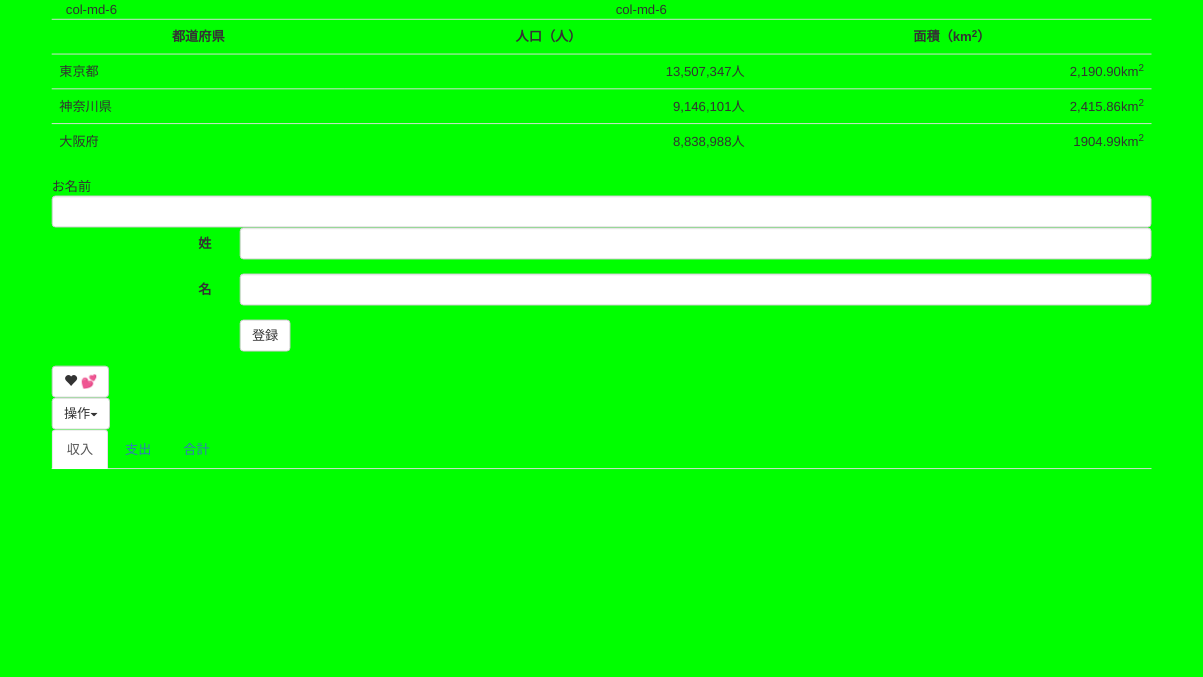
Repository: tooka0115/dab
Page: bootstrap_lesson.html
The author's editor kept a record of every edit. The page is drawn from the files as they stood at one moment, then again after the next edit.
The browser window is 1280 px wide. The pictures show the whole page, at 94% of full size.

Above is the page before.

### bootstrap_lesson.html
<!DOCTYPE html>
<html>
    <head>
        <meta charset="utf-8">
        <meta http-equiv="X-UA-Compatible" content="IE=edge">
        <meta name="viewport" content="width=device-width, initial-scale=1">

        <title>Grid System Test</title>

        <!-- Bootstrap CSS-->
        <link rel="stylesheet" href="https://maxcdn.bootstrapcdn.com/bootstrap/3.3.7/css/bootstrap.min.css">
        <!-- jQuery -->
        <script src="https://ajax.googleapis.com/ajax/libs/jquery/1.12.4/jquery.min.js"></script>
        <!-- Bootstrap JavaScript-->
        <script src="https://maxcdn.bootstrapcdn.com/bootstrap/3.3.7/js/bootstrap.min.js"></script>

        <style>
            .row.div{
                border: 1px solid #000;
                padding: 1em;
                text-align:center;
                background-color: #dedede;
            }

                    body {
          background-color: #000;
        }


        @media (min-width: 500px){
            body{background-color: #f00;
            }
        }

        @media(min-width:750px){
            body{background-color: #0f0;
            }
        }

        @media(min-width:1000px{
            body{background-color: #00f;
            }
        }



        </style>

    </head>

    <body>

        <div class="container">
            <div class="row">
                <div class="col-md-6">col-md-6</div>
                <div class="col-md-6">col-md-6</div>



<table class="table">
    <tr>
        <th class="text-center">都道府県</th>
        <th class="text-center">人口（人）</th>
        <th class="text-center">面積（km<sup>2</sup>）</th>
    </tr>
    <tr>
        <td>東京都</td>
        <td class="text-right">13,507,347人</td>
        <td class="text-right">2,190.90km<sup>2</sup></td>
    </tr>
    <tr>
        <td>神奈川県</td>
        <td class="text-right">9,146,101人</td>
        <td class="text-right">2,415.86km<sup>2</sup></td>
    </tr>
    <tr>
        <td>大阪府</td>
        <td class="text-right">8,838,988人</td>
        <td class="text-right">1904.99km<sup>2</sup></td>
    </tr>
</table>

<form>
    お名前
    <input type="text" class="form-control">
</form>

<form class="form-horizontal">
  <!-- form-groupが1行（row）を表す -->
  <div class="form-group">
    <label class="col-xs-2 control-label">姓</label>
    <div class="col-xs-10">
      <input type="text" class="form-control" name="lastname">
    </div>
  </div>

  <!-- 1行 -->
  <div class="form-group">
    <label class="col-xs-2 control-label">名</label>
    <div class="col-xs-10">
      <input type="text" class="form-control" name="
      firstname">
    </div>
  </div>

  <!-- 1行 -->
  <div class="form-group">
    <div class="col-xs-offset-2 col-sm-10">
      <button type="submit" class="btn btn-default">登録</button>
    </div>
  </div>
</form>


<button type="button" class="btn btn-default">
  <span class="glyphicon glyphicon-heart"></span>
  💕
</button>

<div class="dropdown">
  <button type="button" class="btn btn-default dropdown-toggle" data-toggle="dropdown">
    操作<span class="caret"></span>
  </button>
  <!-- 選択肢 -->
  <ul class="dropdown-menu">
    <li><a href="#">返信</a></li>
    <li><a href="#">転送</a></li>
    <li role="separator" class="divider"></li>
    <li><a href="#">削除</a></li>
  </ul>
</div>


<ul class="nav nav-tabs">
  <li class="active"><a href="#">収入</a></li>
  <li><a href="#">支出</a></li>
  <li><a href="#">合計</a></li>
</ul>
            </div>
        </div>
    </body>
</html>

After the next edit:
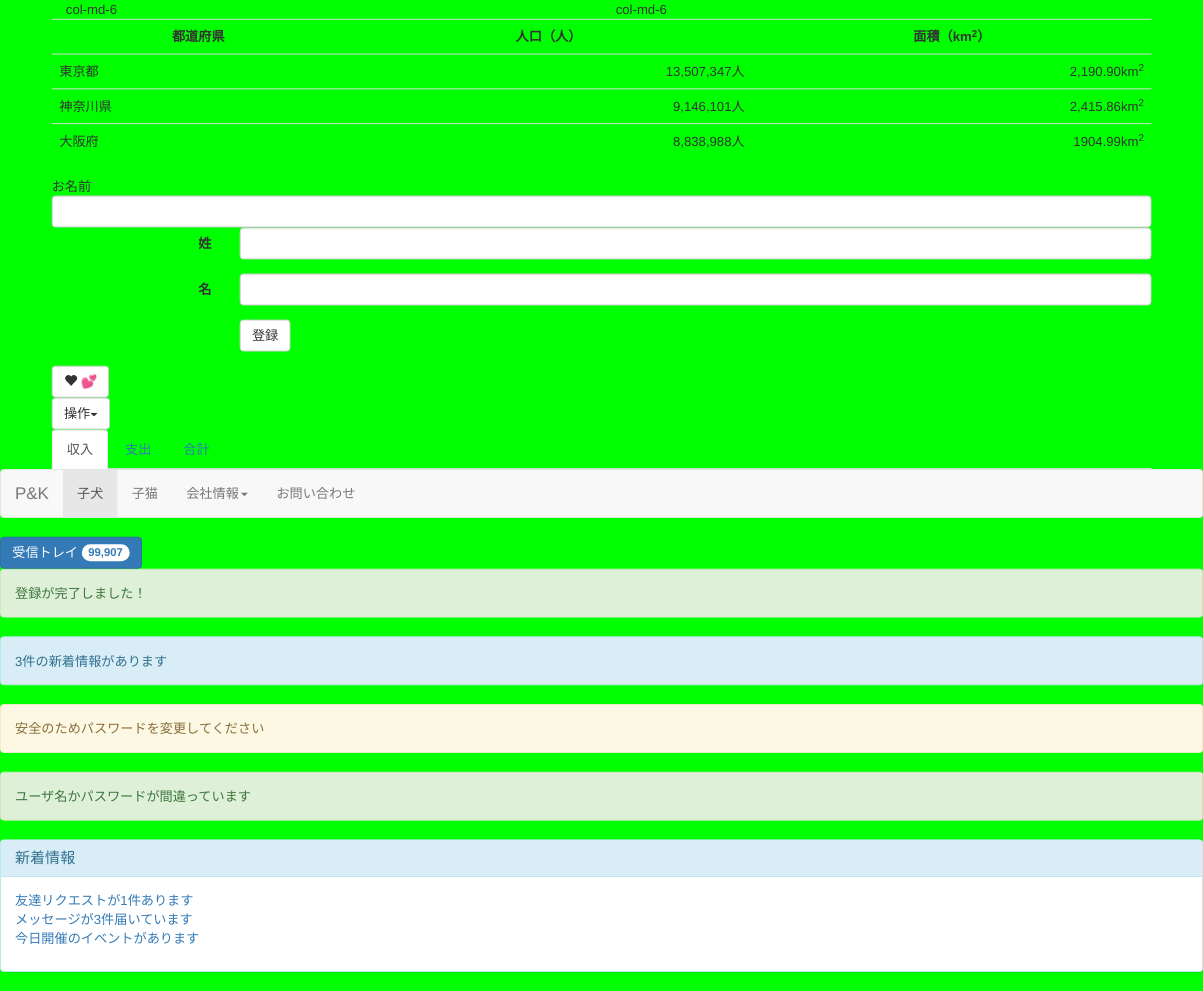
The edit:
--- a/bootstrap_lesson.html
+++ b/bootstrap_lesson.html
@@ -138,5 +138,63 @@
 </ul>
             </div>
         </div>
+
+
+<nav class="navbar navbar-default">
+  <div class="container-fluid">
+    <div class="navbar-header">
+      <!-- 横幅が狭い時に出るハンバーガーボタン -->
+      <button type="button" class="navbar-toggle collapsed" data-toggle="collapse" data-target="#navbar">
+        <span class="icon-bar"></span>
+        <span class="icon-bar"></span>
+        <span class="icon-bar"></span>
+      </button>
+
+      <!-- ホームへ戻るリンク。ブランドロゴなどを置く。 -->
+      <a class="navbar-brand" href="#">P&amp;K</a>
+    </div>
+
+    <!-- メニュー項目 -->
+    <div id="navbar" class="collapse navbar-collapse">
+      <ul class="nav navbar-nav">
+        <li class="active"><a href="#">子犬</a></li>
+        <li><a href="#">子猫</a></li>
+        <li class="dropdown">
+          <a href="#" class="dropdown-toggle" data-toggle="dropdown">会社情報<span class="caret"></span></a>
+          <ul class="dropdown-menu">
+            <li><a href="#">ビジョン</a></li>
+            <li><a href="#">会社概要</a></li>
+            <li><a href="#">地図</a></li>
+            <li><a href="#">沿革</a></li>
+          </ul>
+        </li>
+        <li><a href="#">お問い合わせ</a></li>
+      </ul>
+    </div><!-- /.navbar-collapse -->
+  </div><!-- /.container-fluid -->
+</nav>
+
+<button class="btn btn-primary" type="button">
+  受信トレイ <span class="badge">99,907</span>
+</button>
+
+<div class="alert alert-success" role="alert">登録が完了しました！</div>
+<div class="alert alert-info" role="alert">3件の新着情報があります</div>
+<div class="alert alert-warning" role="alert">安全のためパスワードを変更してください</div>
+<div class="alert alert-success" role="alert">ユーザ名かパスワードが間違っています</div>
+
+<div class="panel panel-info">
+  <div class="panel-heading">
+    <h3 class="panel-title">新着情報</h3>
+  </div>
+  <div class="panel-body">
+    <ul class="list-unstyled">
+      <li><a href="#">友達リクエストが1件あります</a></li>
+      <li><a href="#">メッセージが3件届いています</a></li>
+      <li><a href="#">今日開催のイベントがあります</a></li>
+    </ul>
+  </div>
+</div>
+
     </body>
 </html>
